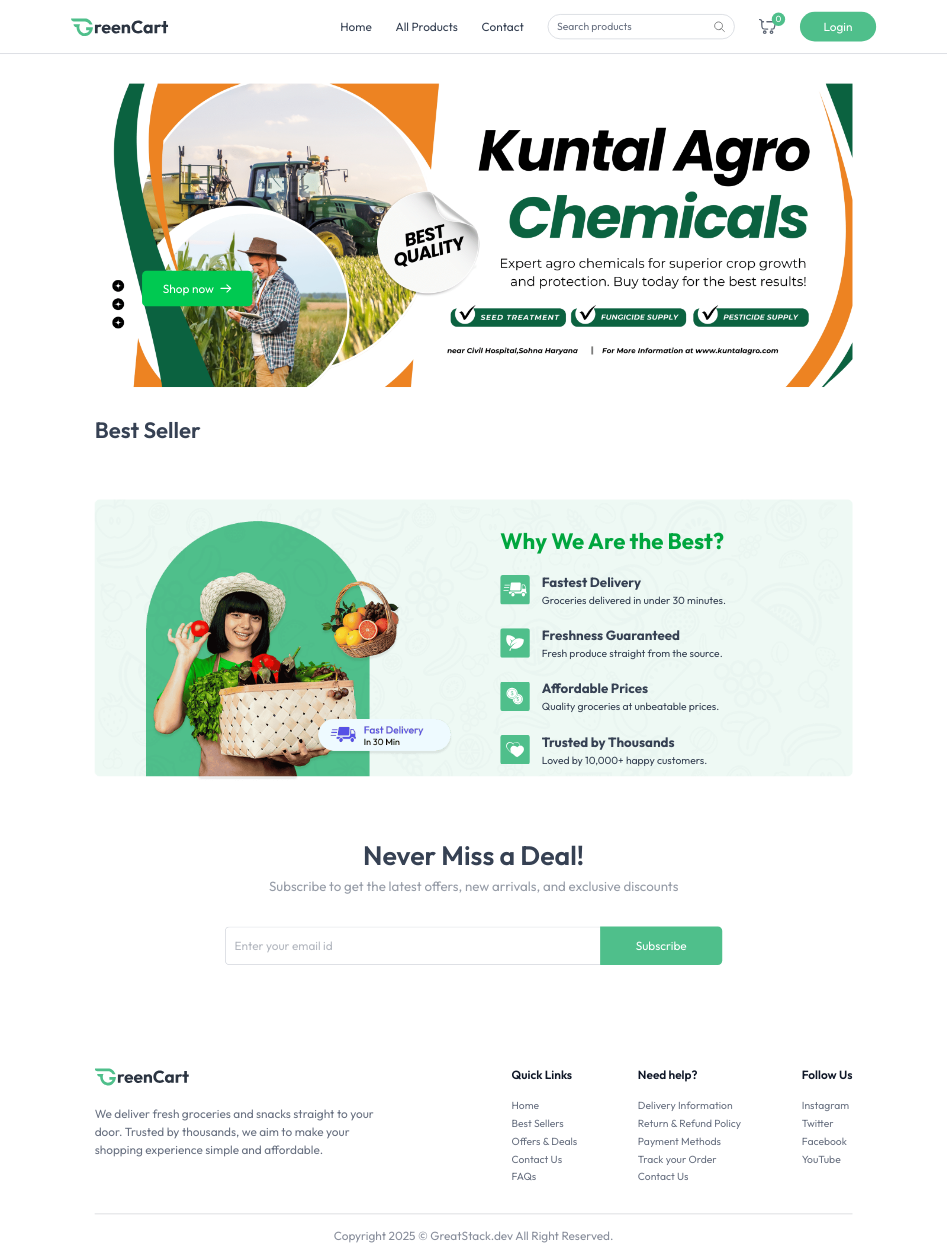
Repository: deepak445566/agro
Page: / (app in client/)
These files come from the project's save history. The page is drawn as it stood at one moment and after the next save; the edit follows.
The browser window is 1280 px wide. The pictures show the whole page, at 74% of full size.
The page's requests for data from a server got no answer. Some web fonts or font styles are not loaded; a fallback is used. The project was rebuilt for these pictures with package versions that can differ from the ones it lists, and the page was loaded fresh each time. No one was signed in, and anything a server would have sent is missing. Also part of the build but not shown: client/vite.config.js, client/src/components/ProductCard.jsx, client/src/components/Login.jsx, client/src/pages/AllProduct.jsx, client/src/pages/Productcato.jsx, client/src/pages/ProductDetail.jsx, client/src/pages/Cart.jsx, client/src/components/Addaddress.jsx and 7 more.

Above is the page before, as saved 2025-12-14 14:22:54.

### client/index.html
<!doctype html>
<html lang="en">
  <head>
    <meta charset="UTF-8" />
    <link rel="icon" type="image/svg+xml" href="/favicon.svg" />
    <meta name="viewport" content="width=device-width, initial-scale=1.0" />
    <title>Grocery</title>
  </head>
  <body>
    <div id="root"></div>
    <script type="module" src="/src/main.jsx"></script>
  </body>
</html>

### client/src/main.jsx
import { StrictMode } from 'react'
import { createRoot } from 'react-dom/client'
import './index.css'
import App from './App.jsx'
import {BrowserRouter} from 'react-router-dom'
import { AppContextProvider } from './context/AppContext.jsx'


createRoot(document.getElementById('root')).render(
  <BrowserRouter>
  <AppContextProvider>
    <App />
    </AppContextProvider>
 </BrowserRouter>,
)

### client/src/index.css



@import url('https://fonts.googleapis.com/css2?family=Anton&family=Archivo+Black&family=Bebas+Neue&family=Bungee&family=Exo+2:ital,wght@0,100..900;1,100..900&family=Frijole&family=Kaushan+Script&family=Lilita+One&family=Mozilla+Headline:wght@200..700&family=Outfit:wght@100..900&family=Poppins:ital,wght@0,100;0,200;0,300;0,400;0,500;0,600;0,700;0,800;0,900;1,100;1,200;1,300;1,500;1,600;1,700;1,800;1,900&family=Rowdies:wght@300;400;700&family=Signika+Negative:wght@300..700&display=swap');

@import "tailwindcss";

*{
  font-family: "Outfit", sans-serif;
}
@theme {
  --color-primary:#4fbf8b;
  --color-primary-dull: #44ae7c;
}

### client/src/App.jsx
import React from 'react'
import Navbar from './components/Navbar'
import Home from './pages/Home'
import { Route, Routes, useLocation } from 'react-router-dom'
import { Toaster } from 'react-hot-toast';
import Footer from './components/Footer';
import { useAppContext } from './context/AppContext';
import Login from './components/Login';
import AllProduct from './pages/AllProduct';
import Productcato from './pages/Productcato';
import ProductDetail from './pages/ProductDetail';
import Cart from './pages/Cart';
import Addaddress from './components/Addaddress';
import Myorders from './pages/Myorders';
import SellerLogin from './components/seller/SellerLogin';
import SellerLayout from './pages/seller/SellerLayout';
import Addproduct from './pages/seller/Addproduct';
import ProductList from './pages/seller/ProductList';
import Order from './pages/seller/Order';
import Loading from './components/Loading';

function App() {

  const isSellerPath = useLocation().pathname.includes("seller");
const {showLogin,isSeller} =useAppContext();


  return (
  <>
  <div className='text-default min-h-screen text-gray-700 bg-white'>
{isSellerPath ? null : <Navbar/>}
{showLogin ? <Login/> : null}
<Toaster></Toaster>
<div className={` ${isSellerPath ? " ":"px-6 md:px-16 lg:px-24 xl:px-32" }`}>
  <Routes>
    <Route path='/' element={<Home/>}/>
    <Route path='/products' element={<AllProduct/>}/>
    <Route path='/products/:category' element={<Productcato/>}/>
    <Route path='/products/:category/:id' element={<ProductDetail/>}/>
  <Route path='/cart' element={<Cart/>}/>
  <Route path='/add-address' element={<Addaddress/>}/>
  <Route path='/myOrders' element={<Myorders/>}/>
<Route path="/loader" element={<Loading/>}/>



  <Route path='/seller' element={isSeller?<SellerLayout/> :<SellerLogin/>}>
  <Route index element={isSeller?<Addproduct/>:null} />
<Route path='product-list' element={isSeller?<ProductList/>:null} />
<Route path='orders' element={<Order/>}/>



  </Route>


  </Routes>
</div>
 {!isSellerPath && <Footer />}
</div>
  </>
  )
}

export default App

### client/src/context/AppContext.jsx
import { createContext, useContext, useEffect, useState } from "react";
import { useNavigate } from "react-router-dom";

import toast from "react-hot-toast";
import axios from "axios";


axios.defaults.withCredentials = true;
axios.defaults.baseURL = import.meta.env.VITE_BACKEND_URL;






export const AppContext = createContext();

export const AppContextProvider = ({ children }) => {
  const navigate = useNavigate();

  const [user, setUser] = useState(null);
  const [isSeller, setIsSeller] = useState(false);
  const [showLogin, setShowLogin] = useState(false);
  const [products, setProducts] = useState([]);
  const [cartItems, setCartItems] = useState({});
  const [search, setSearch] = useState({});

  //status//
  const fetchSeller = async () =>{
    try {
      const {data} = await axios.get("/api/seller/isauth");
      if(data.success){
        setIsSeller(true);
      }
      else{
        setIsSeller(false);
      }
    } catch (error) {
      setIsSeller(false);
    }
  }



  const fetchUser = async ()=>{
    try {
      const {data} = await axios.get('/api/user/isauth');
      if(data.success){
        setUser(data.user)
        setCartItems(data.user.cartItems)

      }
    } catch (error) {
      setUser(null)
    }
  }


  // Fetch products
  const fetchProducts = async () => {
   try{
const {data} = await axios.get("/api/product/list")
if(data.success){
  setProducts(data.products)
}else{
  toast.error(data.message)
}
   }catch(error){
toast.error(error.message)
   }
  };

  // Add to cart
  const addToCart = (itemId) => {
    let cartData = structuredClone(cartItems);
    if (cartData[itemId]) {
      cartData[itemId] += 1;
    } else {
      cartData[itemId] = 1;
    }
    setCartItems(cartData);
    console.log(cartItems);
    toast.success("Added to Cart");
  };

  // Update cart quantity
  const updateCart = (itemId, quantity) => {
    let cartData = structuredClone(cartItems);
    if (quantity <= 0) {
      delete cartData[itemId];
    } else {
      cartData[itemId] = quantity;
    }
    setCartItems(cartData);
  };

  // Remove product from cart completely
  const removeFromCart = (itemId) => {
    let cartData = structuredClone(cartItems);
    if (cartData[itemId]) {
      delete cartData[itemId];
      setCartItems(cartData);
      toast.success("Removed from Cart");
    }
  };

  const getcount = () => {
    let totalcount = 0;
    for (const item in cartItems) {
      totalcount += cartItems[item];
    }
    return totalcount;
  };

  const gettotal = () => {
    let totalAmount = 0;
    for (const itemId in cartItems) {
      let itemInfo = products.find((pro) => pro._id === itemId);
      if (itemInfo && cartItems[itemId] > 0) {
        totalAmount += itemInfo.offerPrice * cartItems[itemId]; // ✅ fixed property name
      }
    }
    return Math.floor(totalAmount * 100) / 100;
  };

  useEffect(() => {
    fetchSeller()
    fetchUser()
    fetchProducts()
  }, []);
//databasecrt items//
useEffect(()=>{
const updateCart = async () => {
  try {
    const { data } = await axios.post('/api/cart/update', {
      userId: user._id,   // make sure user object has _id
      cartItems
    });
    if (!data.success) {
      toast.error(data.message);
    }
  } catch (error) {
    toast.error(error.message);
  }
};

if(user){
  updateCart()
}


},[cartItems])



  const value = {
    navigate,
    user,
    setUser,
    isSeller,
    setIsSeller,
    showLogin,
    setShowLogin,
    products,
    addToCart,
    updateCart,
    removeFromCart, // ⬅ new function
    cartItems,
    search,
    setSearch,
    getcount,
    gettotal,
    axios,
    fetchProducts,
    setCartItems
  };

  return <AppContext.Provider value={value}>{children}</AppContext.Provider>;
};

// Custom hook
export const useAppContext = () => {
  return useContext(AppContext);
};

### client/src/components/Navbar.jsx
import React, { useEffect } from 'react'
import { NavLink } from 'react-router-dom'
import { assets } from '../assets/assets'
import { useAppContext } from '../context/AppContext'
import toast from 'react-hot-toast'
function Navbar() {
     const [open, setOpen] = React.useState(false)
     const {user,setUser,setShowLogin,navigate,setSearch,search,getcount,axios}= useAppContext();

     useEffect(()=>{
if(search.length>0){
  navigate("/products")
}
     },[search])


     const Logout=async()=>{

      try{
const {data} = await axios.get("/api/user/logout")
if(data.success){
  toast.success(data.message)
     setUser(null);
      navigate('/')
}else{
  toast.error(data.message)
}
      }catch(error){
toast.error(error.message)
      }

     }
  return (
  <>
 <nav className="flex items-center justify-between px-6 md:px-16 lg:px-24  py-4 border-b border-gray-300 bg-white relative transition-all z-40">

          <NavLink to='/' onClick={()=>setOpen(false)}>
            <img src={assets.logo}/>
          </NavLink>

            {/* Desktop Menu */}
            <div className="hidden sm:flex items-center gap-8">
              <NavLink to="/">Home</NavLink>
                <NavLink to="/products">All Products</NavLink>
                  <NavLink to="/">Contact</NavLink>

                <div className="hidden lg:flex items-center text-sm gap-2 border border-gray-300 px-3 rounded-full">
                    <input onChange={(e)=>setSearch(e.target.value)} className="py-1.5 w-full bg-transparent outline-none placeholder-gray-500" type="text" placeholder="Search products" />
                   <img src={assets.search_icon} className='w-4 h-4'/>
                </div>

                <div onClick={()=>navigate("/cart")} className="relative cursor-pointer ">
                   <img src={assets.nav_cart_icon} className='w-6 opacity-80'/>
                    <button className="absolute -top-2 -right-3 text-xs text-white bg-primary w-[18px] h-[18px] rounded-full">{getcount()}</button>
                </div>

                {!user ? (<button onClick={()=>setShowLogin(true)} className="cursor-pointer px-8 py-2 bg-primary hover:bg-primary-dull transition text-white rounded-full">
                    Login
                </button>):(
                  <div className='relative group'>

                    <img src={assets.profile_icon} className='w-10'/>
                    <ul className='hidden group-hover:block absolute top-10 right-0 bg-white shadow border border-gray-200  py-2.5 w-30 rounded-md text-sm z-40'>
                      <li onClick={()=>navigate("myOrders")} className='p-1.5 pl-3 hover:bg-primary/10 cursor-pointer'>
                        My Orders
                      </li>
                      <li onClick={()=>Logout()} className='p-1.5 pl-3 hover:bg-primary/10 cursor-pointer'>Logout</li>
                    </ul>
                  </div>
                )}
            </div>
<div className='flex items-center gap-6 sm:hidden'>

                <div onClick={()=>navigate("/cart")} className="relative cursor-pointer ">
                   <img src={assets.nav_cart_icon} className='w-6 opacity-80'/>
                    <button className="absolute -top-2 -right-3 text-xs text-white bg-primary w-[18px] h-[18px] rounded-full">{getcount()}</button>
                </div>
    <button onClick={() => open ? setOpen(false) : setOpen(true)} aria-label="Menu" >
                {/* Menu Icon SVG */}
              <img src={assets.menu_icon}/>
            </button>
</div>


            {/* Mobile Menu */}
            <div className={`${open ? 'flex' : 'hidden'} absolute top-[60px] left-0 w-full bg-white shadow-md py-4 flex-col items-start gap-2 px-5 text-sm md:hidden`}>
              <NavLink to="/" onClick={()=>setOpen(false)}>Home</NavLink>
                       <NavLink to="/products" onClick={()=>setOpen(false)}>All Products</NavLink>
                       {user &&
                             <NavLink to="/products" onClick={()=>setOpen(false)}>My Orders</NavLink>}

              <NavLink to="/" onClick={()=>setOpen(false)}>Contact</NavLink>


              {!user?( <button          onClick={()=>{setOpen(false), setShowLogin(true)}}

              className="cursor-pointer px-6 py-2 mt-2 bg-primary hover:bg-primary-dull transition text-white rounded-full text-sm">

                    Login
                </button>):( <button onClick={()=>Logout()} className="cursor-pointer px-6 py-2 mt-2 bg-primary hover:bg-primary-dull transition text-white rounded-full text-sm">
                    Logout
                </button>)}

            </div>

        </nav>
  </>
  )
}

export default Navbar

### client/src/pages/Home.jsx
import React from 'react'

import MainBanner from '../components/MainBanner'

import BestSeller from '../components/BestSeller'
import BottomBanner from '../components/BottomBanner'
import NewsLetter from '../components/NewsLetter'

export default function() {
  return (
   <>
   <div className='mt-10'>
    <MainBanner/>

    <BestSeller/>
    <BottomBanner/>
    <NewsLetter/>

   </div>
   </>
  )
}

### client/src/components/Footer.jsx
import React from 'react'
import { assets, footerLinks } from '../assets/assets'

function Footer() {
  return (
 <>
  <div className="px-6 md:px-16 lg:px-24 xl:px-32 mt-24">
            <div className="flex flex-col md:flex-row items-start justify-between gap-10 py-10 border-b border-gray-500/30 text-gray-500">
                <div>
                    <img className="w-34 md:w-32" src={assets.logo} alt="dummyLogoColored" />
                    <p className="max-w-[410px] mt-6">We deliver fresh groceries and snacks straight to your door. Trusted by thousands, we aim to make your shopping experience simple and affordable.</p>
                </div>
                <div className="flex flex-wrap justify-between w-full md:w-[45%] gap-5 ">
                    {footerLinks.map((section, index) => (
                        <div key={index}>
                            <h3 className="font-semibold text-base text-gray-900 md:mb-5 mb-2">{section.title}</h3>
                            <ul className="text-sm space-y-1">
                                {section.links.map((link, i) => (
                                    <li key={i}>
                                        <a href={link.url} className="hover:underline transition">{link.text}</a>
                                    </li>
                                ))}
                            </ul>
                        </div>
                    ))}
                </div>
            </div>
            <p className="py-4 text-center text-sm md:text-base text-gray-500/80">
                Copyright 2025 © <a href="https://prebuiltui.com">GreatStack.dev</a> All Right Reserved.
            </p>
        </div>

 </>
  )
}

export default Footer

### client/src/components/MainBanner.jsx
import React from "react";
import { assets } from "../assets/assets";
import { Link } from "react-router-dom";

function MainBanner() {
  return (
    <div className="relative w-full">
      {/* Banner image */}
      <img
        src="/main1.png"
        alt="Main banner"
        className="w-full hidden md:block"
      />
      <img
        src={assets.main_banner_bg_sm}
        alt="Main banner mobile"
        className="w-full md:hidden"
      />

      {/* Overlay content */}
      <div className="absolute inset-0 flex flex-col justify-center md:items-start items-center px-6 md:px-16 mt-96 lg:mt-0 md:mt-0">


        {/* Buttons */}
        <div className="mt-36 flex flex-col md:flex-row items-center  md:justify-start gap-4">
          <Link
            to="/products"
            className="flex items-center gap-2 px-7 py-3 bg-green-500 hover:bg-green-600 text-white rounded-md transition"
          >
            Shop now
            <img
              src={assets.white_arrow_icon}
              alt="arrow"
              className="w-4 h-4"
            />
          </Link>


        </div>
      </div>
    </div>
  );
}

export default MainBanner;

### client/src/components/BestSeller.jsx
import React from "react";
import ProductCard from "./ProductCard";
import { useAppContext } from "../context/AppContext";

function BestSeller() {
  const { products } = useAppContext();

  return (
    <div className="mt-10">
      {/* Heading */}
      <p className="text-2xl md:text-3xl font-semibold mb-4">
        Best Seller
      </p>

      {/* Products Grid */}
      <div className="grid grid-cols-2 sm:grid-cols-3 md:grid-cols-4 lg:grid-cols-5 gap-4 lg:gap-6">
        {products
          .filter((item) => item.inStock)
          .slice(0, 5)
          .map((item) => (
            <ProductCard key={item._id} product={item} />
          ))}
      </div>
    </div>
  );
}

export default BestSeller;

### client/src/components/BottomBanner.jsx
import React from "react";
import { assets, features } from "../assets/assets";

function BottomBanner() {
  return (
    <div className="relative w-full mt-15">
      {/* Desktop Background Image */}
      <img
        src={assets.bottom_banner_image}
        alt="Woman with groceries"
        className="w-full h-auto object-cover hidden md:block"
      />

      {/* Mobile Background Image */}
      <img
        src={assets.bottom_banner_image_sm}
        alt="Woman with groceries"
        className="w-full h-auto object-cover md:hidden"
      />

      {/* Overlay Text */}
      <div className="absolute inset-0 flex flex-col justify-center px-4 sm:px-6 md:px-12">
        <div className="max-w-6xl mx-auto grid grid-cols-1 md:grid-cols-2 gap-6 items-center">

          {/* Left Empty Space for Desktop */}
          <div className="hidden md:block"></div>

          {/* Right Section - Text */}
        <div className=" p-2 sm:p-6 rounded-lg md:rounded-none -mt-[16rem] sm:-mt-8 md:mt-5">
            <h2 className="text-2xl sm:text-3xl font-bold text-green-600 mb-4 sm:mb-6 text-center md:text-left">
              Why We Are the Best?
            </h2>

            <div className="space-y-4 sm:space-y-6">
              {features.map((item, index) => (
                <div
                  key={index}
                  className="flex flex-row items-start space-x-3 sm:space-x-4"
                >
                  <img
                    src={item.icon}
                    alt={item.title}
                    className="w-8 h-8 sm:w-10 sm:h-10 mt-1"
                  />
                  <div>
                    <h3 className="font-bold text-base sm:text-lg">{item.title}</h3>
                    <p className="text-gray-700 text-sm">{item.description}</p>
                  </div>
                </div>
              ))}
            </div>
          </div>

        </div>
      </div>
    </div>
  );
}

export default BottomBanner;

### client/src/components/NewsLetter.jsx
import React from 'react'

function NewsLetter() {
  return (
   <div className="flex flex-col items-center justify-center text-center space-y-2 mt-20">
            <h1 className="md:text-4xl text-2xl font-semibold">Never Miss a Deal!</h1>
            <p className="md:text-lg text-gray-500/70 pb-8">
                Subscribe to get the latest offers, new arrivals, and exclusive discounts
            </p>
            <form className="flex items-center justify-between max-w-2xl w-full md:h-13 h-12">
                <input
                    className="border border-gray-300 rounded-md h-full border-r-0 outline-none w-full rounded-r-none px-3 text-gray-500"
                    type="text"
                    placeholder="Enter your email id"
                    required
                />
                <button type="submit" className="md:px-12 px-8 h-full text-white bg-primary hover:bg-primary-dull transition-all cursor-pointer rounded-md rounded-l-none">
                    Subscribe
                </button>
            </form>
        </div>

  )
}

export default NewsLetter

Loaded but not shown: client/src/assets/assets.js (194 lines, source omitted)

After the next save:
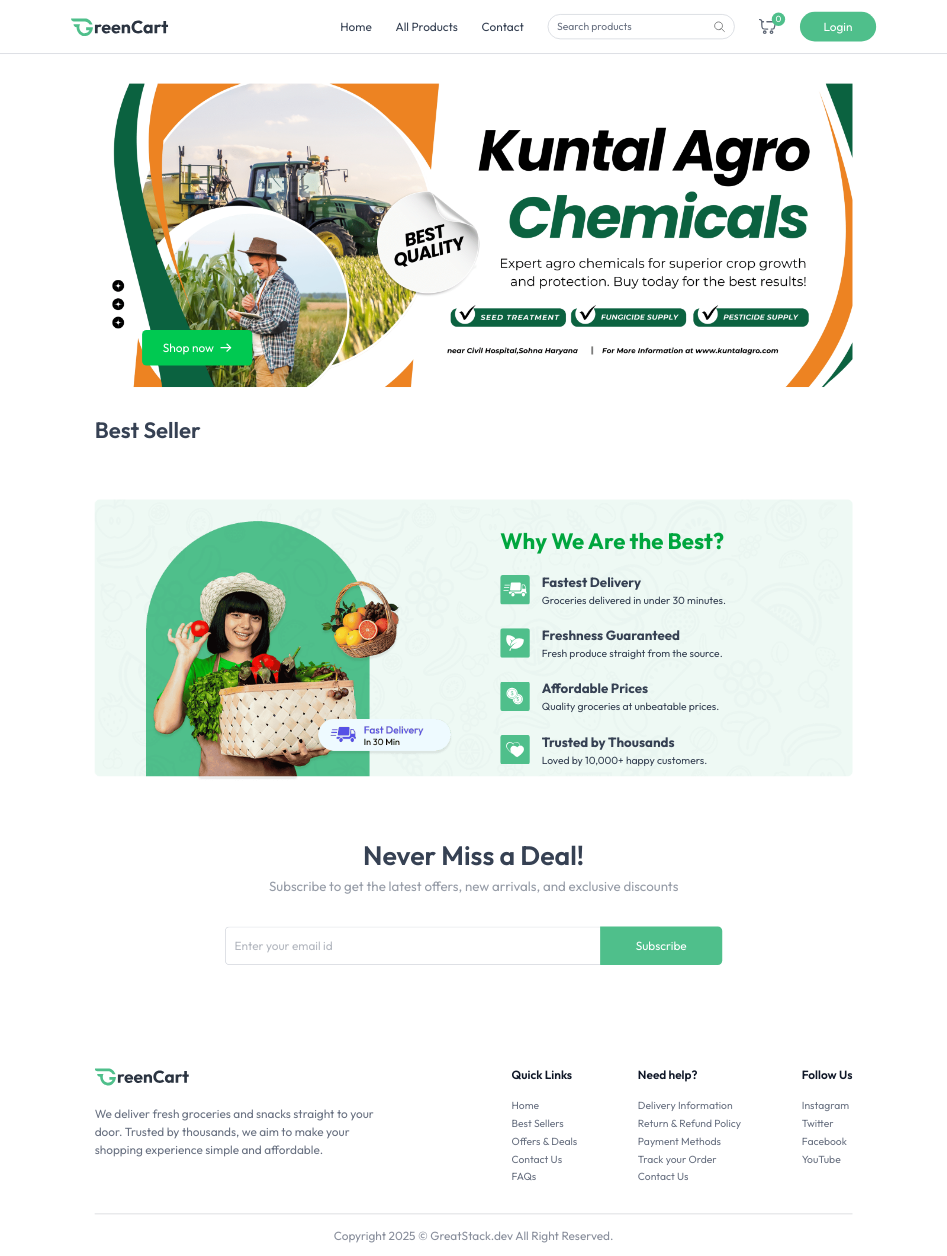
Saved 4 s later.
--- a/client/src/components/MainBanner.jsx
+++ b/client/src/components/MainBanner.jsx
@@ -22,7 +22,7 @@
 
 
         {/* Buttons */}
-        <div className="mt-36 flex flex-col md:flex-row items-center  md:justify-start gap-4">
+        <div className="mt-76 flex flex-col md:flex-row items-center  md:justify-start gap-4">
           <Link
             to="/products"
             className="flex items-center gap-2 px-7 py-3 bg-green-500 hover:bg-green-600 text-white rounded-md transition"
